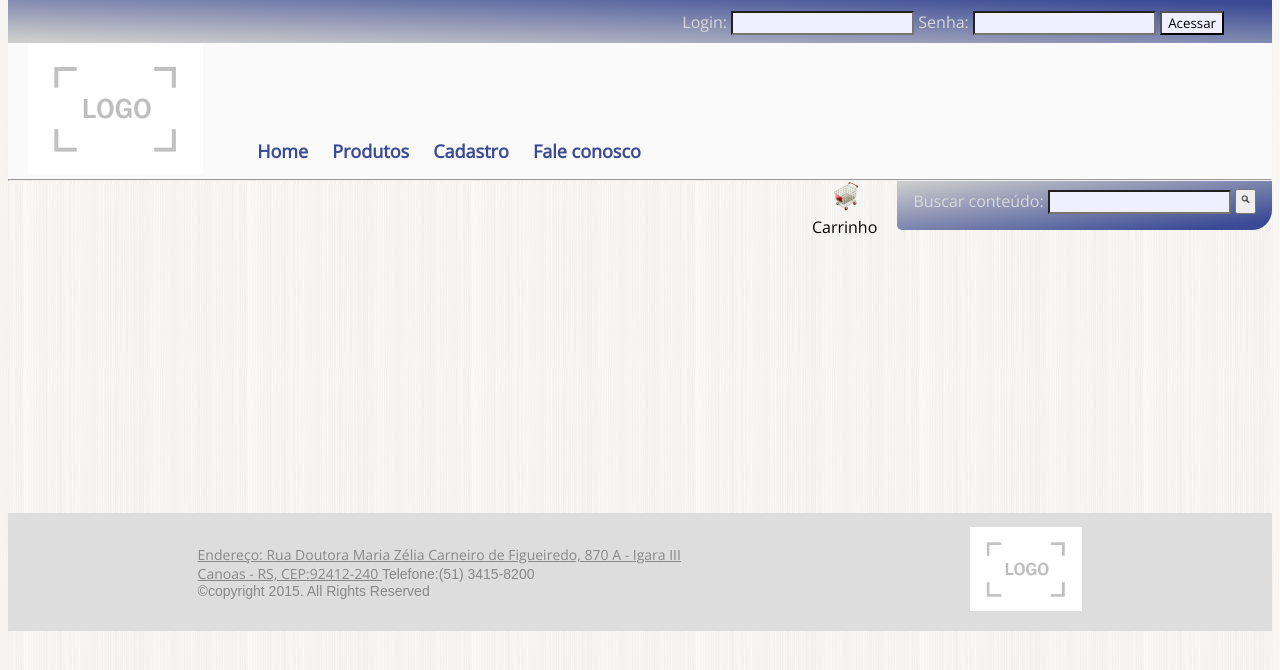
Repository: lauroPereira/study
Page: TrabalhoFinalWeb/index.html
These files come from the project's save history. The page is drawn as it stood at one moment and after the next save; the edit follows.
The browser window is 1280 px wide. The pictures show the whole page.

Above is the page before, as saved 2016-06-14 06:43:09.

After the next save:
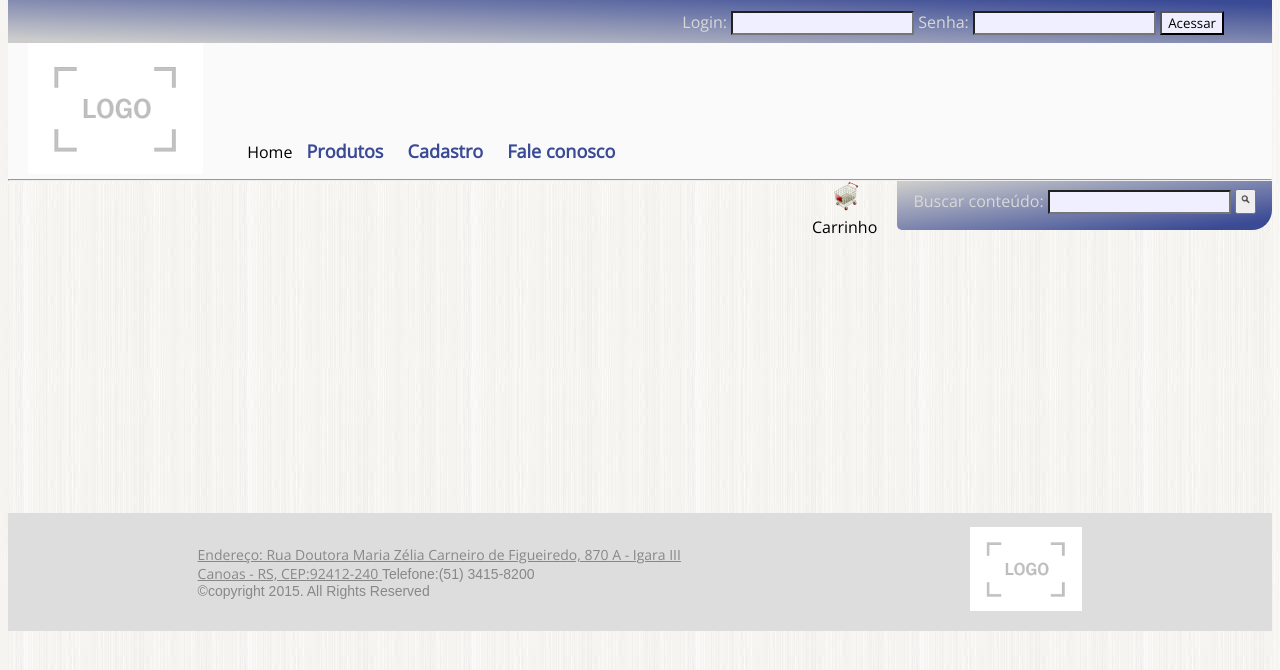
Saved 79 s later.
--- a/TrabalhoFinalWeb/index.html
+++ b/TrabalhoFinalWeb/index.html
@@ -22,7 +22,7 @@
 		<div id="logo">
 			<img alt="logotipo" src="img/logo_default.png" />
 			<ul id="menuTopo">
-				<li id="home"><a href="#">Home</a></li>
+				<li id="home">Home</li>
 				<li id="produtos"><a>Produtos</a></li>
 				<li id="cadastro"><a>Cadastro</a></li>
 				<li id="contato"><a>Fale conosco</a></li>
